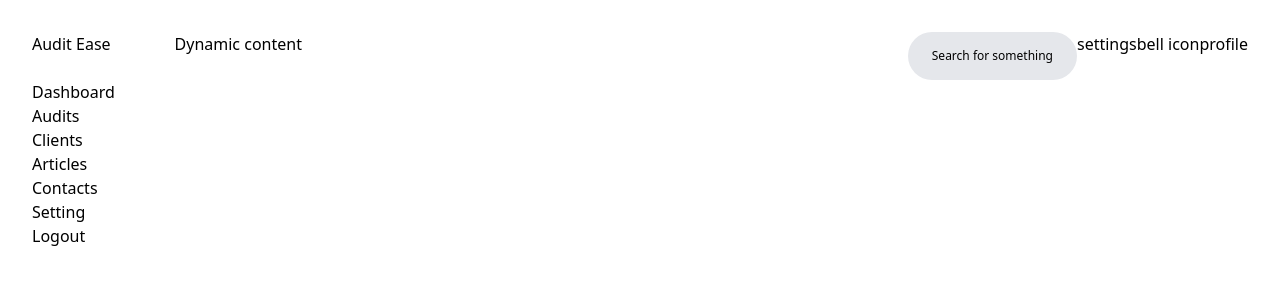
Repository: EclipticCode/Audit-Ease-FE
Page: /
An editor plug-in stored every save of this project. The page is shown before and after the next save, followed by the edit.
The browser window is 1280 px wide. The pictures show the whole page.
Some web libraries are served in a nearby version. The project was rebuilt for these pictures with package versions that can differ from the ones it lists, and the page was loaded fresh each time. Also part of the build but not shown: vite.config.js, Login.jsx, src/Navbar.jsx.

Above is the page before, as saved 2025-03-27 21:02:54.

After the next save:
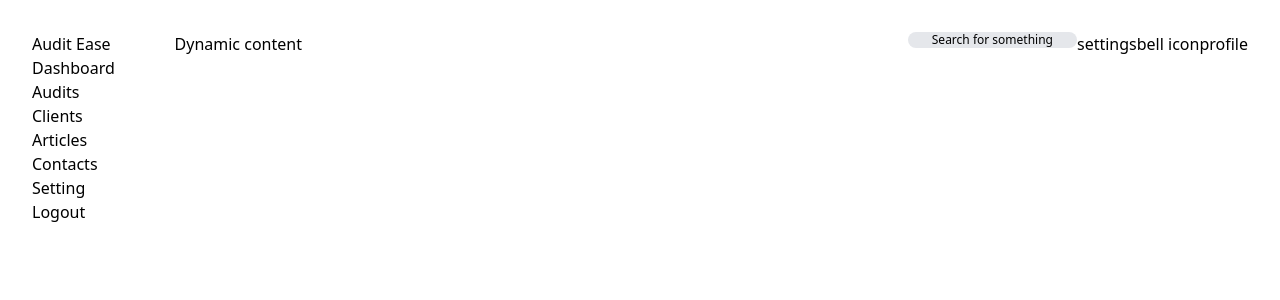
Saved 27 s later.
--- a/src/NavandSideBar.jsx
+++ b/src/NavandSideBar.jsx
@@ -9,7 +9,7 @@ const NavandSideBar = () => {
             <div className='ml-16'>Dynamic content</div>
             </div>
             <div className='flex'>
-            <div className="bg-gray-200 flex items-center justify-center rounded-full text-xs p-6 w-auto h-4">Search for something</div>
+            <div className="bg-gray-200 flex items-center justify-center rounded-full text-xs px-6 w-auto h-4">Search for something</div>
             <div>settings</div>
             <div>bell icon</div>
             <div>profile</div>
